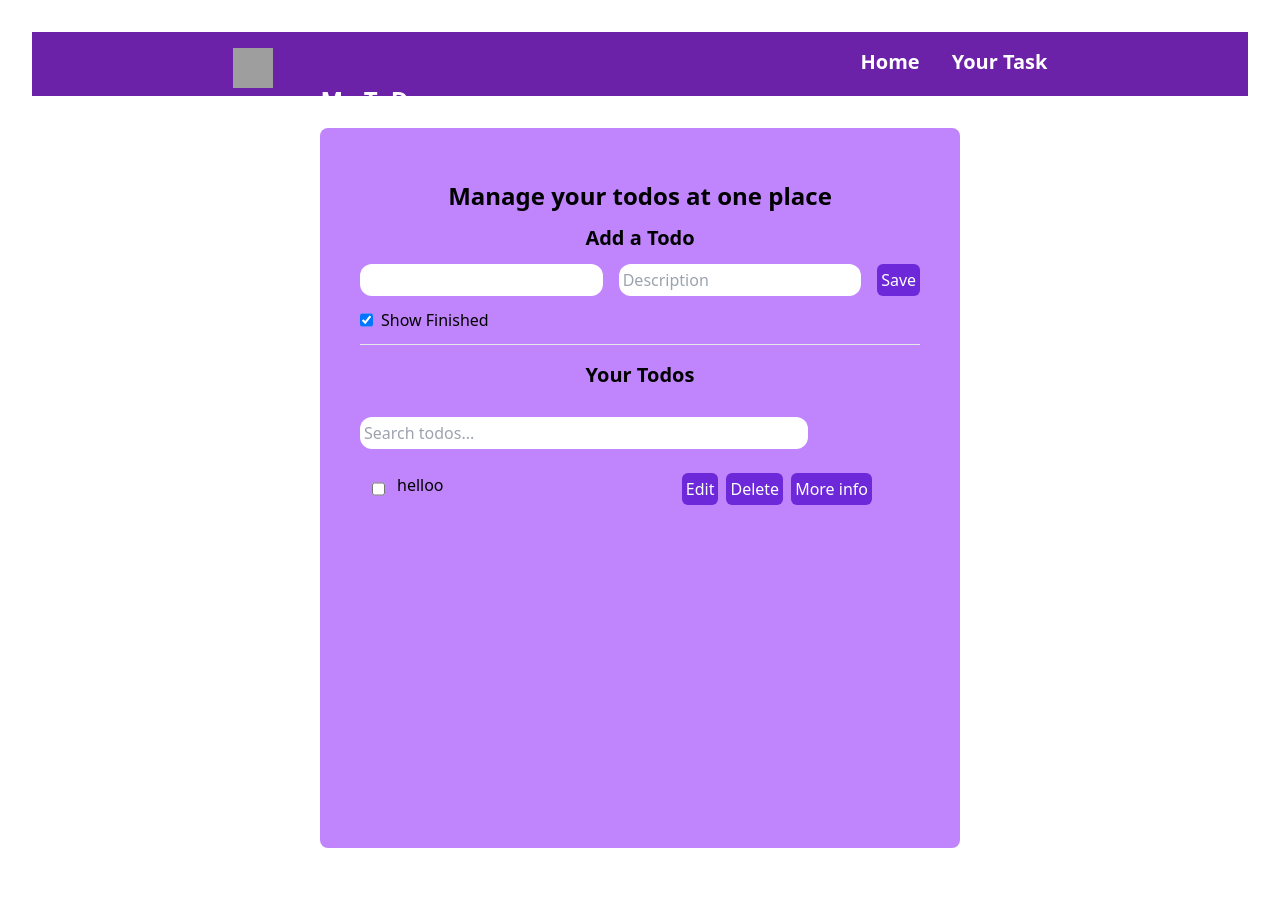
Repository: Gaurav31052/ToDo-Application
Page: /
These files come from the project's save history. The page is drawn as it stood at one moment and after a run of saves; the edit follows.
The browser window is 1280 px wide. The pictures show the whole page.
Pictures or frames that could not be fetched are drawn as grey boxes. The project was rebuilt for these pictures with package versions that can differ from the ones it lists, and the page was loaded fresh each time. Requests to the local data server were answered from the project's data file. Also part of the build but not shown: vite.config.js.

Above is the page before, as saved 2024-08-05 11:48:42.

### index.html
<!doctype html>
<html lang="en">
  <head>
    <meta charset="UTF-8" />
    <link rel="icon" type="image/svg+xml" href="/icon.png" />
    <meta name="viewport" content="width=device-width, initial-scale=1.0" />
    <title>ToDo</title>
  </head>
  <body>
    <div id="root"></div>
    <script type="module" src="/src/main.jsx"></script>
  </body>
</html>

### src/App.jsx
import { useEffect, useState } from 'react'
import Navbar from './components/navbar'
import { v4 as uuidv4 } from 'uuid';
import './App.css'
import axios from 'axios';

function App() {
  const [todo, setTodo] = useState("")
  const [description, setDescription] = useState("")
  const [todos, setTodos] = useState([])
  const [showFinished, setshowFinished] = useState(true)
  const [searchTerm, setSearchTerm] = useState("")
  const [expandedTodoId, setExpandedTodoId] = useState(null)

  // useEffect(() => {
  //   let toString = localStorage.getItem("todos")
  //   if(toString){
  //     let todos =JSON.parse(localStorage.getItem("todos"))
  //     setTodos(todos)
  //   }
  // }, [])



  // const saveToLS =(params) => {
  //   localStorage.setItem("todos", JSON.stringify(todos))
  // }

  useEffect(() => {
    axios.get('http://localhost:3000/todos')
    .then(response=>setTodos(response.data))
    .catch(err=>console.log(err))
  }, [])


  const handleEdit =(e,id)=>{
    let t= todos.filter(i=>i.id === id)
    setTodo(t[0].todo)
    setDescription(t[0].description)
    let newTodos =todos.filter(item=>{
      return item.id!==id
    });

    setTodos(newTodos)
    // saveToLS();



  }



  const handleDelete =(e,id)=>{

    let newTodos =todos.filter(item=>{
      return item.id!==id
    });

    setTodos(newTodos)
    // saveToLS();
  }


  const handleChange =(e)=>{
    setTodo(e.target.value)
  }

  const handleDescriptionChange = (e) => {
    setDescription(e.target.value)
  }

  const handleAdd =(e)=>{
    let t = { id: uuidv4(), todo, isCompleted: false, description, timestamp: new Date().toLocaleString() }
    setTodos([...todos, t])
    // axios.post('http://localhost:3000/todos', t)
    // .then(response=>setTodos(response.data))
    // .catch(err=>console.log(err))
    setTodo("")
    setDescription("")
    // saveToLS();
  }

  const handleCheckbox=(e) => {
    let id =  e.target.name;
    let index=todos.findIndex(item=>{
      return item.id ===id;
    })
    let newTodos =[...todos];
    newTodos[index].isCompleted = !newTodos[index].isCompleted;
    setTodos(newTodos)
    // saveToLS();
  }


  const toggleFinished =(params) => {
    setshowFinished(!showFinished)
  }


  const handleSearch = (e) => {
    setSearchTerm(e.target.value)
  }

  const toggleExpand = (id) => {
    setExpandedTodoId(expandedTodoId === id ? null : id);
  }

  const filteredTodos = todos.filter(item => item.todo.toLowerCase().includes(searchTerm.toLowerCase()));




  return (
    <>
    <Navbar/>
      <div className='flex justify-center '>
        <div className="w-[50vw] bg-purple-400 min-h-screen m-8 p-10 rounded-lg ">
          <div className='flex justify-center text-2xl font-extrabold m-3'>
           <h1 >Manage your todos at one place</h1>
          </div>
          <div className='text-xl font-bold m-3'>
           <h2>Add a Todo</h2>

          </div>
           <div className='gap-4 flex'>
            <input onChange={handleChange} value={todo} type="text" className='w-[35vw] rounded-xl p-1' />
            <input onChange={handleDescriptionChange} value={description} type="text" className='w-[35vw] rounded-xl p-1' placeholder="Description" />
            <button onClick={handleAdd} disabled={todo.length<3} className='bg-violet-700 rounded-md w-20 text-white hover:bg-violet-500  hover:border-2'>Save</button>
           </div>
           <div className='flex gap-2 my-3'>
           <input onChange={toggleFinished} type="checkbox" checked={showFinished}/><p> Show Finished</p>
           </div>

           <hr />

           <h2 className='font-bold text-xl my-4'>Your Todos</h2>

           <div className='flex flex-col gap-3'>
           <input onChange={handleSearch} value={searchTerm} type="text" placeholder="Search todos..." className='w-[35vw] rounded-xl p-1 my-3' />

           {filteredTodos.length === 0 && <div>No Todos</div>}

           {filteredTodos.map(item => {


            return (showFinished || !item.isCompleted) && (
              <div key={item.id} className='flex flex-col w-[40vw]'>
                <div className='flex justify-between'>
                  <div className='flex'>
                    <input name={item.id} onChange={handleCheckbox} type="checkbox" checked={item.isCompleted} className='mx-3'/>
                    <div className={item.isCompleted ? "line-through" : ""}>{item.todo}</div>
                  </div>
                  <div className='flex gap-2'>
                    <button onClick={(e)=>{handleEdit(e,item.id)}} className='bg-violet-700 rounded-md w-auto p-1 text-white hover:bg-violet-500  hover:border'>Edit</button>
                    <button onClick={(e)=>{handleDelete(e,item.id)}} className='bg-violet-700 rounded-md w-auto p-1 text-white hover:bg-violet-500  hover:border'>Delete</button>
                    <button onClick={() => toggleExpand(item.id)} className='bg-violet-700 rounded-md w-auto p-1 text-white hover:bg-violet-500  hover:border'>{expandedTodoId === item.id ? 'Less info' : 'More info'}</button>
                  </div>
                </div>
                {expandedTodoId === item.id && (
                  <div className='mt-2'>
                    <p>Description: {item.description}</p>
                    <p>Last updated: {item.timestamp}</p>
                  </div>
                )}
              </div>
           )})}
           </div>
        </div>
      </div>
    </>
  )
}

export default App

### src/components/navbar.jsx
import React from 'react'

const navbar = () => {
  return (
    <div className='container flex justify-around align-center bg-purple-800 text-white text-xl font-semibold py-2 h-16 pt-4'>
    <div className='flex gap-3'>
    <img className=' w-10' src='/icon.png'></img>
        <div className="logo font-bold text-2xl">My-ToDo</div>
        </div>
        <div className="left"><ul className="flex gap-8">
            <li>Home</li>
            <li>Your Task</li>
            </ul></div>

    </div>
  )
}

export default navbar

### db.json
{
  "todos": [
    {
      "id": "1",
      "todo": "helloo",
      "description": "gfyfgfgsa",
      "timestamp": ""
    }

  ]
}

Loaded but not shown: src/main.jsx (common file); src/index.css (common file); src/App.css (common file); tailwind.config.js (common file)

After the next 2 saves:
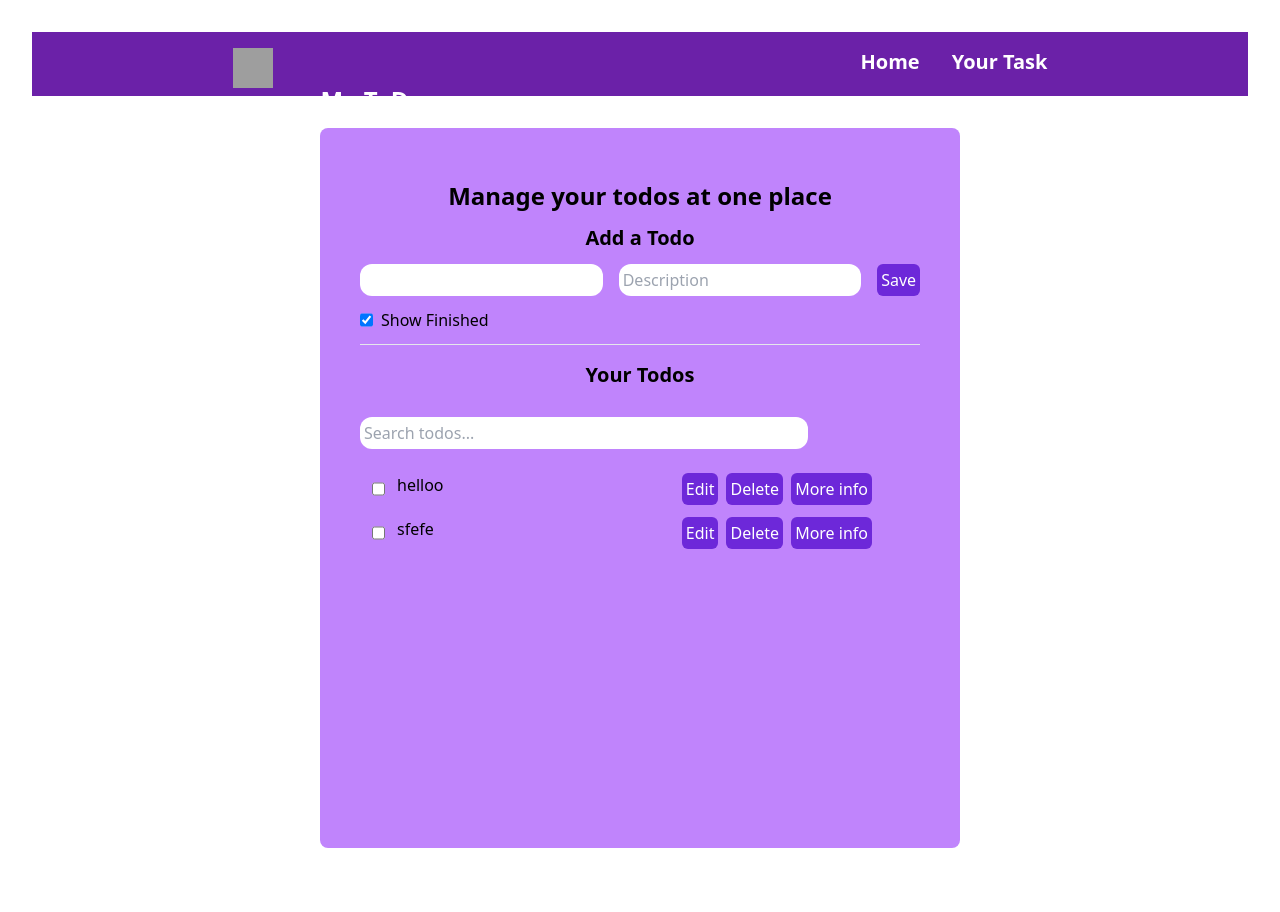
The 2 saves are shown as one change because they came seconds apart.
The last was saved 2 h 33 min later.
--- a/db.json
+++ b/db.json
@@ -5,7 +5,13 @@
       "todo": "helloo",
       "description": "gfyfgfgsa",
       "timestamp": ""
+    },
+    {
+      "id": "ee780bf0-5117-4b7a-a8e8-5c0e9cd14029",
+      "todo": "sfefe",
+      "isCompleted": false,
+      "description": "efsfef",
+      "timestamp": "8/5/2024, 11:41:05 AM"
     }
-
   ]
 }
